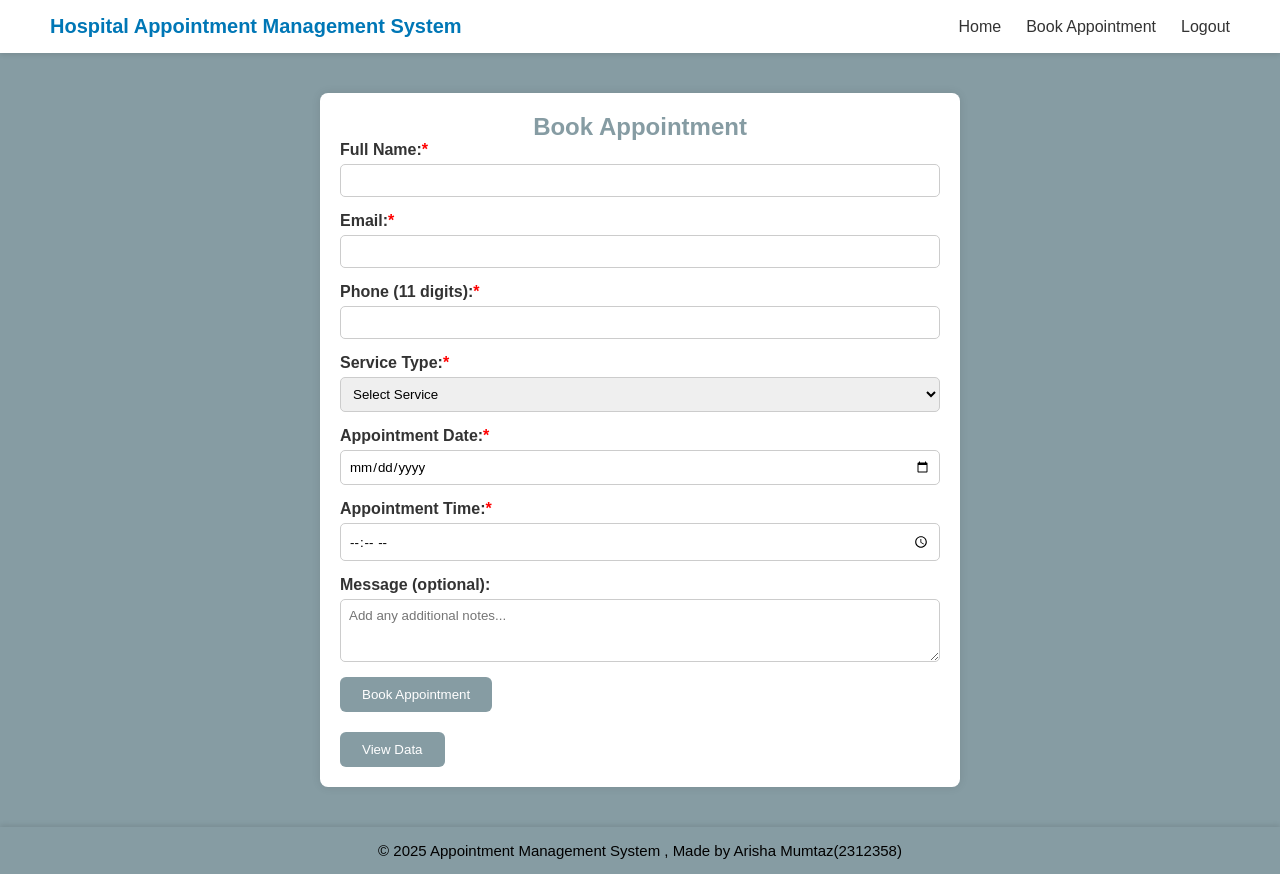
Repository: Arisha004/Hospital-appointment-management-system-
Page: http://localhost/
The author's editor kept a copy of each file at every save. The page is drawn from the files as they stood at one save, then again after a run of saves.
The browser window is 1280 px wide. The pictures show the whole page.
The page is run by PHP 8.4 with error messages shown; the project is at /var/www/html/.

Above is the page before, as saved 2025-11-16 15:25:32.

After the next 2 saves:
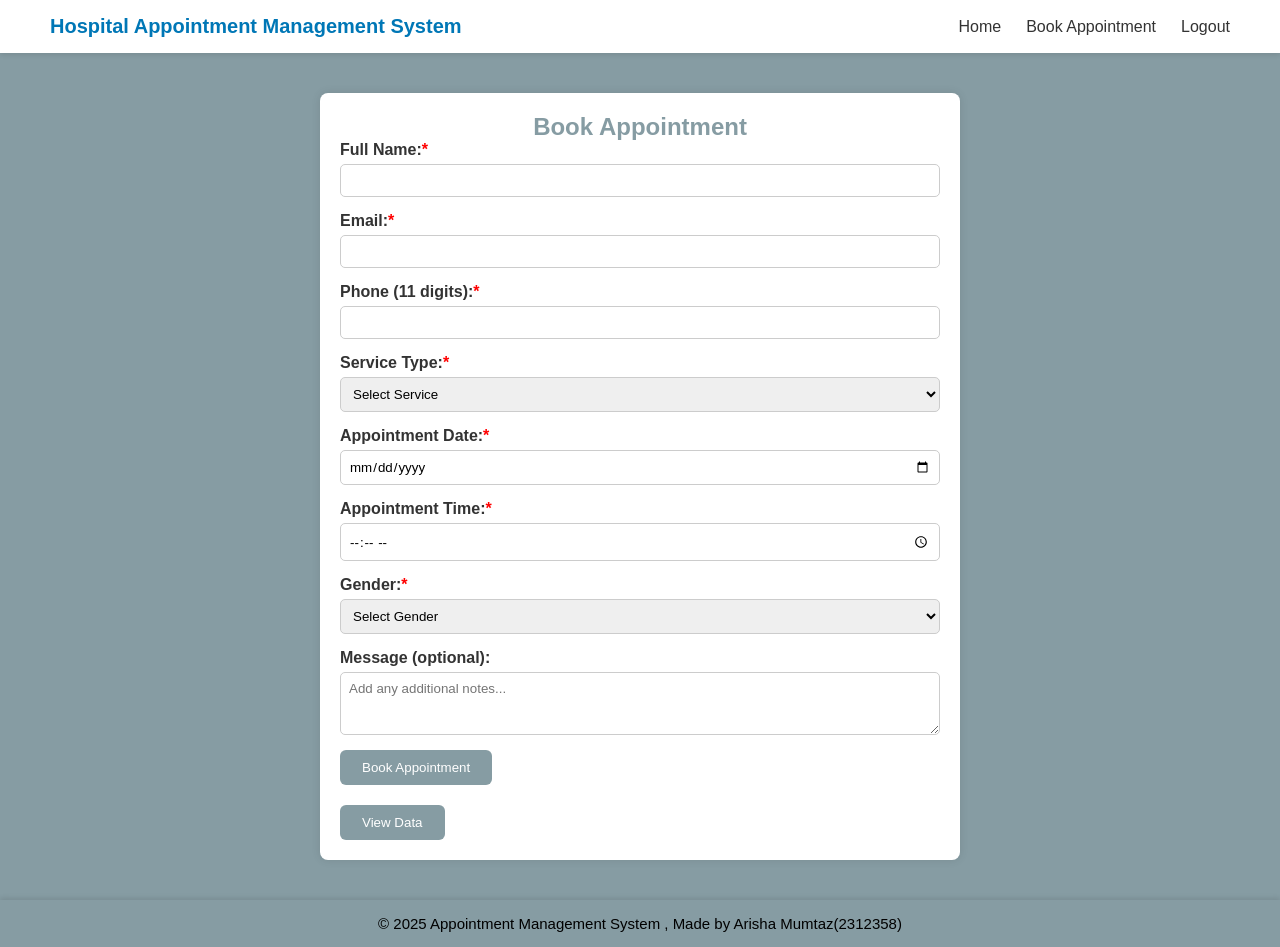
The 2 saves are shown as one change because they came seconds apart.
The last was saved 8 s later.
--- a/index.php
+++ b/index.php
@@ -52,13 +52,13 @@
 
 
 
-      <!-- <label>Gender:<span>*</span></label>
+       <label>Gender:<span>*</span></label>
     <select name="gender" required>
       <option value=""> Select Gender </option>
       <option value="Male">Male</option>
       <option value="Female">Female</option>
       <option value="Other">Other</option>
-    </select> -->
+    </select>
 
     <label>Message (optional):</label>
     <textarea name="message"  rows="3"  placeholder="Add any additional notes..."></textarea>
